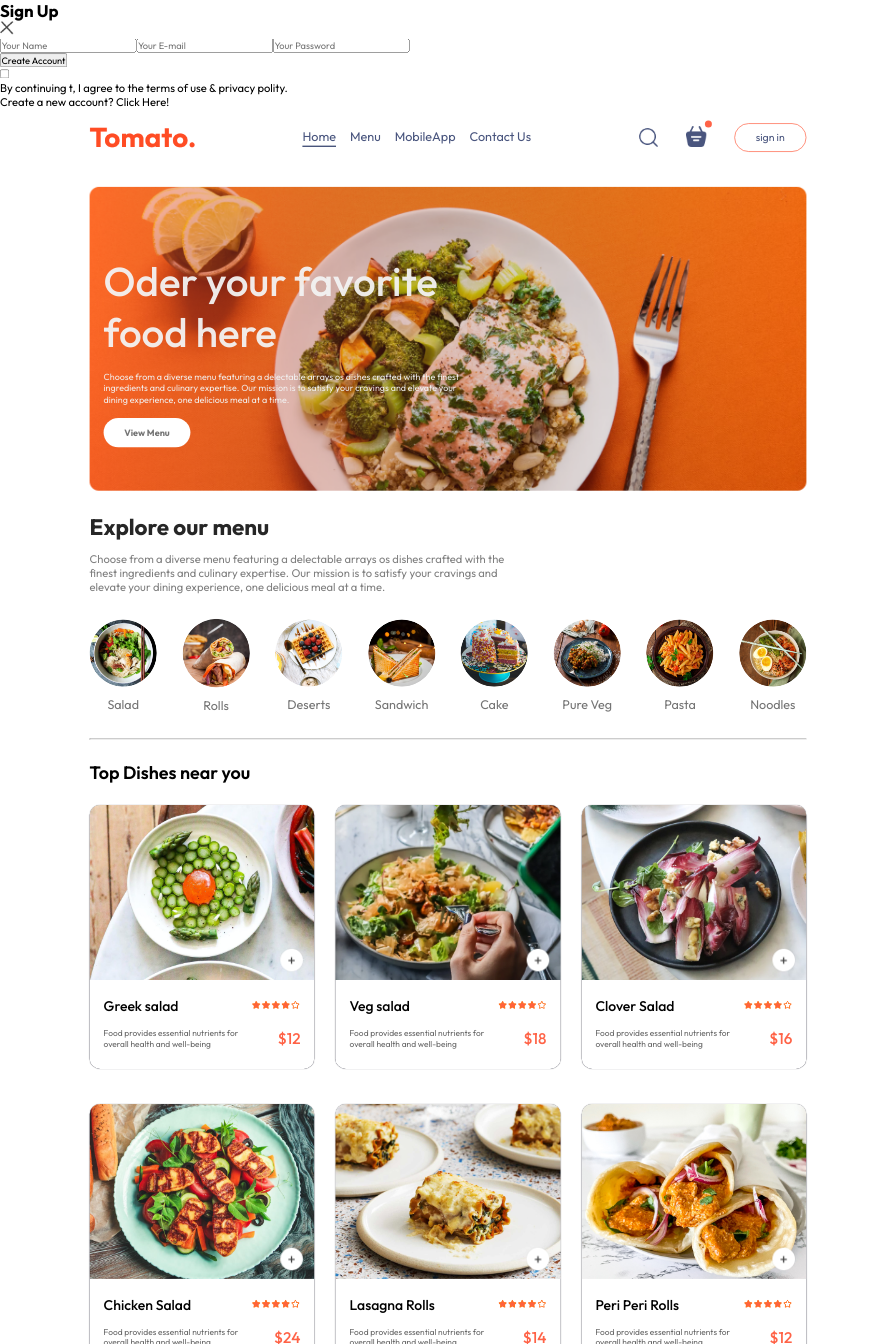
Repository: guilhermecardoso93/tomato-front-end
Page: /, after clicking the first element matching `button`
An editor plug-in stored every save of this project. The page is shown before and after the next save, followed by the edit.
The browser window is 1280 px wide. The pictures show the part of the page from y = 0 to 1920 px (the page is 6566 px tall before and 6586 px after), at 70% of full size.
The project was rebuilt for these pictures with package versions that can differ from the ones it lists, and the page was loaded fresh each time. Also part of the build but not shown: vite.config.js, src/pages/Cart/styles.css, src/pages/Cart/index.jsx, src/pages/PlaceOrder/styles.css, src/pages/PlaceOrder/index.jsx.

Above is the page before, as saved 2024-10-31 20:06:43.

After the next save:
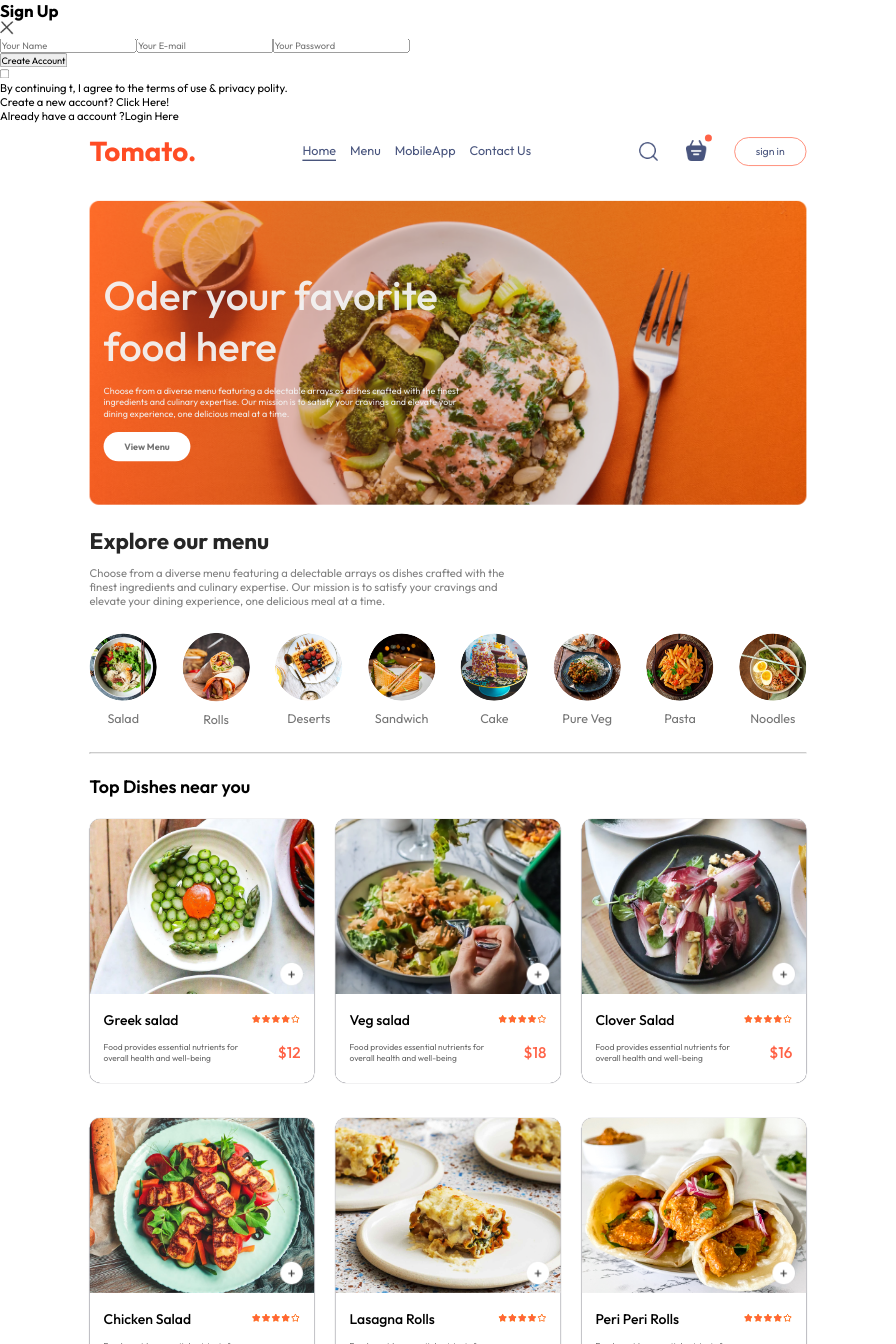
Saved 30 s later.
--- a/src/components/Login/index.jsx
+++ b/src/components/Login/index.jsx
@@ -27,7 +27,10 @@
           <input type="checkbox" required />
           <p>By continuing t, I agree to the terms of use & privacy polity.</p>
         </div>
-        <p>Create a new account? <span>Click Here!</span></p>
+        <p>
+          Create a new account? <span>Click Here!</span>
+        </p>
+        <p>Already have a account ?<span>Login Here</span></p>
       </form>
     </div>
   );

After the save that followed:
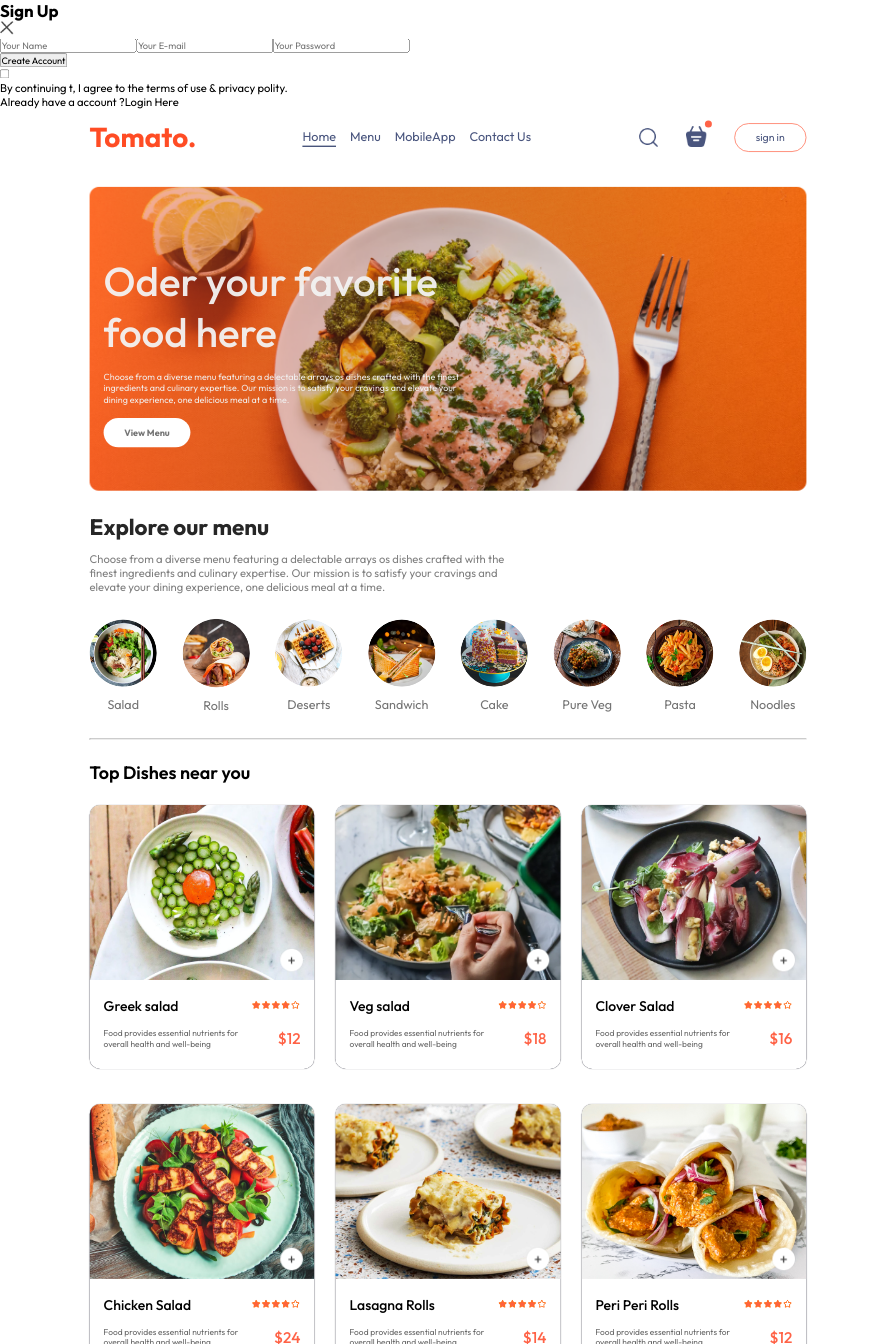
Saved 32 s later.
--- a/src/components/Login/index.jsx
+++ b/src/components/Login/index.jsx
@@ -27,10 +27,15 @@
           <input type="checkbox" required />
           <p>By continuing t, I agree to the terms of use & privacy polity.</p>
         </div>
-        <p>
-          Create a new account? <span>Click Here!</span>
-        </p>
-        <p>Already have a account ?<span>Login Here</span></p>
+        {currentState === "Login" ? (
+          <p>
+            Create a new account? <span>Click Here!</span>
+          </p>
+        ) : (
+          <p>
+            Already have a account ?<span>Login Here</span>
+          </p>
+        )}
       </form>
     </div>
   );
